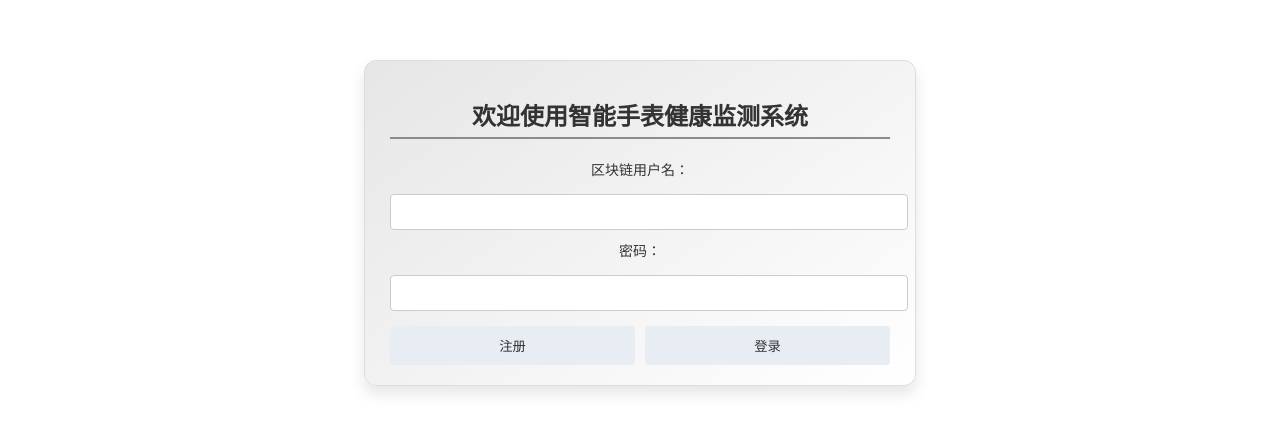
Repository: hyperion0831/The-management-of-IoT-data-sharing-based-on-blockchain
Page: / (app in Dz/frontend/)
An editor plug-in stored every save of this project. The page is shown before and after the next save, followed by the edit.
The browser window is 1280 px wide. The pictures show the whole page.
The project was rebuilt for these pictures with package versions that can differ from the ones it lists, and the page was loaded fresh each time. Also part of the build but not shown: Dz/frontend/vue.config.js, Dz/frontend/src/components/dashboard/DataUploadAndExport.vue, Dz/frontend/src/components/dashboard/RealTimeMonitoring.vue, Dz/frontend/src/components/dashboard/DataAnalysis.vue, Dz/frontend/src/components/dashboard/AppSettings.vue, Dz/frontend/src/components/DataDashBoard.vue.

Above is the page before, as saved 2024-11-12 00:20:49.

### Dz/frontend/src/main.js
import { createApp } from 'vue';
import App from './App.vue';
import router from './router';
import ElementPlus from 'element-plus';
import 'element-plus/dist/index.css';

const app = createApp(App);

app.use(router)
app.use(ElementPlus)
app.mount('#app');

### Dz/frontend/src/App.vue
<template>
  <div id="app">
    <router-view></router-view>
  </div>
</template>

<script>
export default {
  name: 'App'
};
</script>

<style>
#app {
  font-family: Avenir, Helvetica, Arial, sans-serif;
  -webkit-font-smoothing: antialiased;
  -moz-osx-font-smoothing: grayscale;
  text-align: center;
  color: #2c3e50;
  margin-top: 60px;
}
</style>

### Dz/frontend/src/router/index.js
import { createRouter, createWebHistory } from 'vue-router';
import DataDashBoard from '../components/DataDashBoard.vue'; // 导入仪表盘组件
import Login from '../components/LoginForm.vue';

const routes = [
  { path: '/', redirect: '/login' },
  { path: '/login', name: 'Login', component: Login },
  { path: '/datadashboard', name: 'DataDashBoard', component: DataDashBoard },
];

const router = createRouter({
  history: createWebHistory(),
  routes
});

export default router;

### Dz/frontend/src/components/LoginForm.vue
<template>
    <div class="loginform">

      <!-- 初始页面 -->
      <div v-if="!isRegistering">
        <h1>欢迎使用智能手表健康监测系统</h1>

        <!-- 区块链用户名和密码显示区域 -->
        <div class="blockchain-info">
          <label>区块链用户名：</label>
          <input type="text" v-model="displayPublicKey" readonly />
          <label>密码：</label>
          <input type="text" v-model="displayPrivateKey" readonly />
        </div>

        <!-- 登录、注册按钮 -->
        <div class="button-row">
          <button @click="handleRegisterClick">注册</button>
          <button @click="handleLoginClick">登录</button>
        </div>

        <!-- 隐藏的文件选择框 -->
        <input
          ref="fileInput"
          type="file"
          accept=".txt"
          style="display: none"
          @change="handleFileUpload"
        />
      </div>

      <!-- 注册页面（覆盖整个页面） -->
      <div v-if="isRegistering" class="register-section">
        <h1>注册新用户</h1>
        <label for="identity">选择身份：</label>
        <select v-model="identity">
          <option value="doctor">医生</option>
          <option value="user">普通用户</option>
        </select>

        <div v-if="identity === 'doctor'" class="blockchain-info">
          <label for="name">姓名：</label>
          <input type="text" v-model="name" placeholder="请输入姓名" />
          <label for="id">工号：</label>
          <input type="text" v-model="doctorId" placeholder="请输入工号" />
        </div>
        <div v-else class="blockchain-info">
          <label for="name">姓名：</label>
          <input type="text" v-model="name" placeholder="请输入姓名" />
        </div>

        <div class="button-row">
          <button @click="generateAndSaveKeyPair">生成密钥对</button>
          <button @click="goToLoginPage">返回登录</button>
        </div>

        <p v-if="keyGenerated">密钥对已生成并保存到文件中。</p>
      </div>
    </div>
  </template>

  <script>

  export default {
    data() {
      return {
        currentView: null, // 初始无显示
        blockchainUsername: '',  // 区块链用户名
        blockchainPassword: '',  // 区块链密码
        uploadedFile: null,      // 已上传的文件
        displayPrivateKey: '',
        displayPublicKey: '',
        keyGenerated: false,
        isLoggedIn: false,
        privateKey: null,
        publicKey: null,
        identity: 'user',
        name: '',
        doctorId: '',
        errorMessage: '',// 错误消息
        isRegistering: false, // 是否正在注册,
        showErrorModal: false,
      };
    },
    mounted() {
      // 页面加载时检查是否已登录
      const isLoggedIn = sessionStorage.getItem("isLoggedIn");
      const userName = sessionStorage.getItem("userName");
      if (isLoggedIn === "true" && userName) {
        this.isLoggedIn = true;
        this.name = userName.split('-')[1]; // 提取用户名
        const storedData = JSON.parse(localStorage.getItem(userName)); // 从 localStorage 获取密钥对数据
        if (storedData) {
          this.displayPublicKey = storedData.publicKey;
          this.displayPrivateKey = storedData.privateKey;
        }
      }
    },
    methods: {
      // 点击登录按钮，弹出文件选择框
      handleLoginClick() {
        this.$refs.fileInput.click();
      },

      // 点击注册按钮后，切换到注册界面
      handleRegisterClick() {
        this.isRegistering = true; // 显示注册界面
      },

      // 检查是否已注册
      isRegistered() {
        const registered = localStorage.getItem(`${this.identity}-${this.name}-${this.doctorId|| ''}`);
        return !!registered;
      },

      // 注册
      async generateAndSaveKeyPair() {

        const registrationKey = `${this.identity}-${this.name}-${this.doctorId || ''}`;
        if (this.isRegistered()) {
          alert("已注册，请直接登录。");
          return;
        }
        let isValid = true; // 添加一个标志来追踪身份验证状态

        if (this.identity === 'doctor') {
          if (this.name !== 'Dz' || this.doctorId !== '2448') {
            alert('医生身份信息错误，请检查姓名和工号。');
            isValid = false; // 设置标志为false
          }
        } else if (this.identity === 'user') {
          const validUserNames = ['TYC', 'DDS'];
          if (!validUserNames.includes(this.name)) {
            alert('普通用户姓名错误，请检查姓名。');
            isValid = false; // 设置标志为false
          }
        }
          // 如果身份验证未通过，直接返回
          if (!isValid) {
            return;
          }

        try {
            // 创建种子字符串，确保不同身份和用户生成不同的密钥
            const uniqueSeed = `${this.identity}-${this.name}-${this.doctorId || ''}`;
            console.log(`生成密钥的种子信息：${uniqueSeed}`);

            // 生成密钥对
            const keyPair = await window.crypto.subtle.generateKey(
              {
                name: "RSA-OAEP",
                modulusLength: 2048,
                publicExponent: new Uint8Array([1, 0, 1]),
                hash: { name: "SHA-256" },
              },
              true,
              ["encrypt", "decrypt"]
            );
            const publicKey = await window.crypto.subtle.exportKey("spki", keyPair.publicKey);
            const privateKey = await window.crypto.subtle.exportKey("pkcs8", keyPair.privateKey);

            const publicKeyBase64 = btoa(String.fromCharCode(...new Uint8Array(publicKey)));
            const privateKeyBase64 = btoa(String.fromCharCode(...new Uint8Array(privateKey)));

            const combinedKeys = `-----BEGIN PUBLIC KEY-----\n${publicKeyBase64}\n-----END PUBLIC KEY-----\n-----BEGIN PRIVATE KEY-----\n${privateKeyBase64}\n-----END PRIVATE KEY-----`;

            // 将密钥对保存到文件
            const blob = new Blob([combinedKeys], { type: "application/octet-stream" });
            const downloadLink = document.createElement("a");
            downloadLink.href = URL.createObjectURL(blob);
            downloadLink.download = `${this.name}_password.txt`;
            downloadLink.click();

            // 将身份标记为已注册
            localStorage.setItem(registrationKey, JSON.stringify({ publicKey: publicKeyBase64, privateKey: privateKeyBase64 }));
            this.keyGenerated = true;
            this.currentView = 'success'; // 注册成功后切换到 success 视图
            this.$emit('registerSuccess', { identity: this.identity, name: this.name });
          } catch (error) {
              console.error("生成密钥对失败：", error);
          }
      },

      //秘钥显示
      handleFileUpload(event) {
        const file = event.target.files[0];
        if (file) {
          const reader = new FileReader();
          reader.onload = () => {
            const fileContent = reader.result;
            // 提取公钥和私钥内容并显示
            const publicKeyMatch = fileContent.match(/-----BEGIN PUBLIC KEY-----\n([\s\S]+?)\n-----END PUBLIC KEY-----/);
            const privateKeyMatch = fileContent.match(/-----BEGIN PRIVATE KEY-----\n([\s\S]+?)\n-----END PRIVATE KEY-----/);

            if (publicKeyMatch && privateKeyMatch) {
              const publicKey = publicKeyMatch[1];
              const privateKey = privateKeyMatch[1];
              // 验证密钥对
              this.verifyKeyPair(publicKey, privateKey); // 处理文件内容
            } else {
              alert("文件格式不正确，请上传包含公钥和私钥的文件。");
            }
          };
          reader.readAsText(file);
        }
      },

      //登录验证
      async verifyKeyPair(publicKeyBase64, privateKeyBase64) {
        let matchingKey = null;
        try {
          // 遍历 localStorage 查找匹配的公私钥
          for (let i = 0; i < localStorage.length; i++) {
            const key = localStorage.key(i);//user-TYC-
            const storedData = JSON.parse(localStorage.getItem(key));
            if (storedData.publicKey === publicKeyBase64 &&
              storedData.privateKey === privateKeyBase64)
            {
              matchingKey = key;
              console.log(`键值：${matchingKey}`);
              break;
            }
          }
          if (matchingKey) {
            console.log(`找到匹配的 registrationKey：${matchingKey}`);
            // 执行登录逻辑，例如设置登录状态、保存 session 等
            this.isLoggedIn = true;

            sessionStorage.setItem("isLoggedIn", "true");
            sessionStorage.setItem("userName", matchingKey);

            // 显示公钥和私钥内容
            this.displayPublicKey = publicKeyBase64;
            this.displayPrivateKey = privateKeyBase64;

            alert(`登录成功！\n欢迎你， ${matchingKey.split('-')[1]}${matchingKey.startsWith('doctor') ? '医生' : '用户'}`);
            this.$router.push({ name: 'DataDashboard' });
          } else {
            alert("未找到匹配的注册信息，请检查密钥文件。");
          }
        } catch (error) {
          console.error("验证密钥对时出错：", error);
          alert("密钥验证失败，请重新上传正确的密钥文件。");
        }
      },

      // 返回登录界面
      goToLoginPage() {
        this.isRegistering = false; // 退出注册界面，显示登录按钮页面
        this.currentView = null; // 清空当前视图
      },

    },
  };
  </script>

  <style scoped>
  .loginform {
    width: 500px; /* 调整宽度，使其不那么大 */
    padding: 20px 25px; /* 调整内边距 */
    margin: 50px auto; /* 居中，并与顶部有一定距离 */
    background: linear-gradient(145deg, #e6e6e6, #ffffff); /* 添加渐变背景 */
    border: 1px solid #ddd; /* 边框颜色更浅 */
    border-radius: 12px; /* 调整圆角大小 */
    box-shadow: 0 8px 15px rgba(0, 0, 0, 0.1); /* 增强阴影效果 */
  }

  h1 {
    font-size: 24px;
    color: #333;
    margin-bottom: 20px;
    align-self: flex-start; /* 将标题移到左边 */
    border-bottom: 2px solid #888c92; /* 添加下划线 */
    padding-bottom: 5px;
  }

  .blockchain-info {
    display: flex;
    flex-direction: column;
    gap: 10px;
    width: 100%;
  }

  .blockchain-info label {
    font-size: 14px;
    color: #333;
  }

  .blockchain-info input {
    width: 100%;
    padding: 8px;
    border: 1px solid #ccc;
    border-radius: 4px;
    font-size: 16px;
    margin-top: 5px;
    text-align: center;
  }

  .user-info {
    display: flex;
    justify-content: space-around;
    font-size: 14px;
    color: #555;
    margin-top: 10px;
    width: 100%;
  }

  .button-row {
    display: flex;
    flex-direction: row;
    flex-wrap: wrap;
    gap: 10px;
    margin-top: 15px;
    width: 100%;
  }

  .button-row button {
    flex: 1 1 calc(50% - 10px);
    padding: 10px;
    background-color: #e8edf3;
    color: #333;
    border: none;
    border-radius: 4px;
    cursor: pointer;
    transition: background-color 0.3s ease;
  }

  .button-row button:hover {
    background-color: #acababcc;
  }

  .register-section, .login-section {
    margin-top: 20px;
  }

  select, input[type="text"], input[type="file"] {
    width: 100%;
    padding: 8px;
    border: 1px solid #ccc;
    border-radius: 4px;
    margin-top: 5px;
  }

  p {
    font-size: 14px;
    color: #333;
    margin-top: 10px;
  }
  </style>

Loaded but not shown: Dz/frontend/public/index.html (common file)

After the next save:
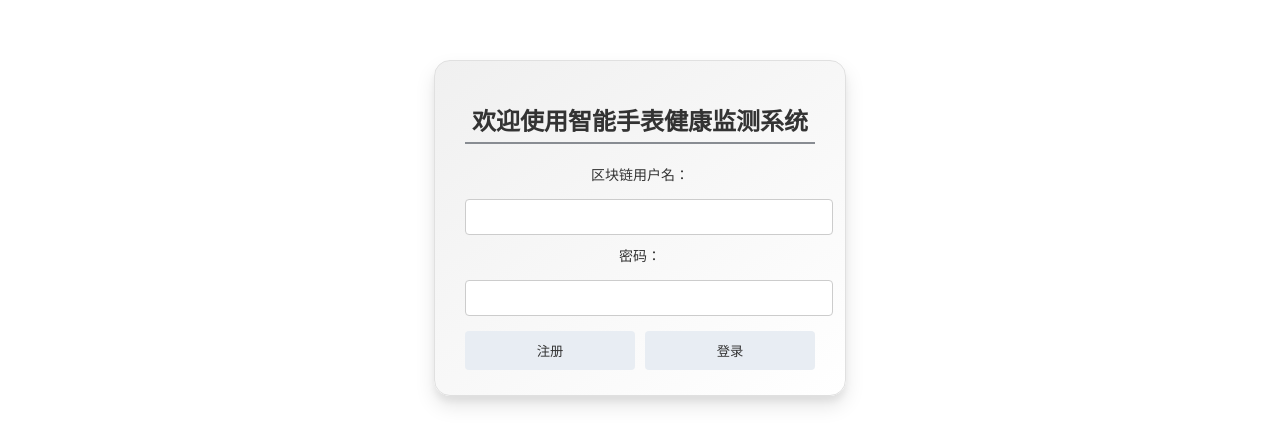
Saved 101 s later.
--- a/Dz/frontend/src/components/LoginForm.vue
+++ b/Dz/frontend/src/components/LoginForm.vue
@@ -255,15 +255,15 @@
   </script>
 
   <style scoped>
-  .loginform {
-    width: 500px; /* 调整宽度，使其不那么大 */
-    padding: 20px 25px; /* 调整内边距 */
-    margin: 50px auto; /* 居中，并与顶部有一定距离 */
-    background: linear-gradient(145deg, #e6e6e6, #ffffff); /* 添加渐变背景 */
-    border: 1px solid #ddd; /* 边框颜色更浅 */
-    border-radius: 12px; /* 调整圆角大小 */
-    box-shadow: 0 8px 15px rgba(0, 0, 0, 0.1); /* 增强阴影效果 */
-  }
+.loginform {
+  width: 350px; /* 调整宽度 */
+  padding: 25px 30px; /* 增加内边距 */
+  margin: 60px auto; /* 居中 */
+  background: linear-gradient(145deg, #f0f0f0, #ffffff); /* 添加柔和的渐变背景 */
+  border: 1px solid #e0e0e0; /* 边框颜色更浅 */
+  border-radius: 16px; /* 调整圆角 */
+  box-shadow: 0 10px 20px rgba(0, 0, 0, 0.1), 0 6px 6px rgba(0, 0, 0, 0.05); /* 添加双层阴影 */
+}
 
   h1 {
     font-size: 24px;
